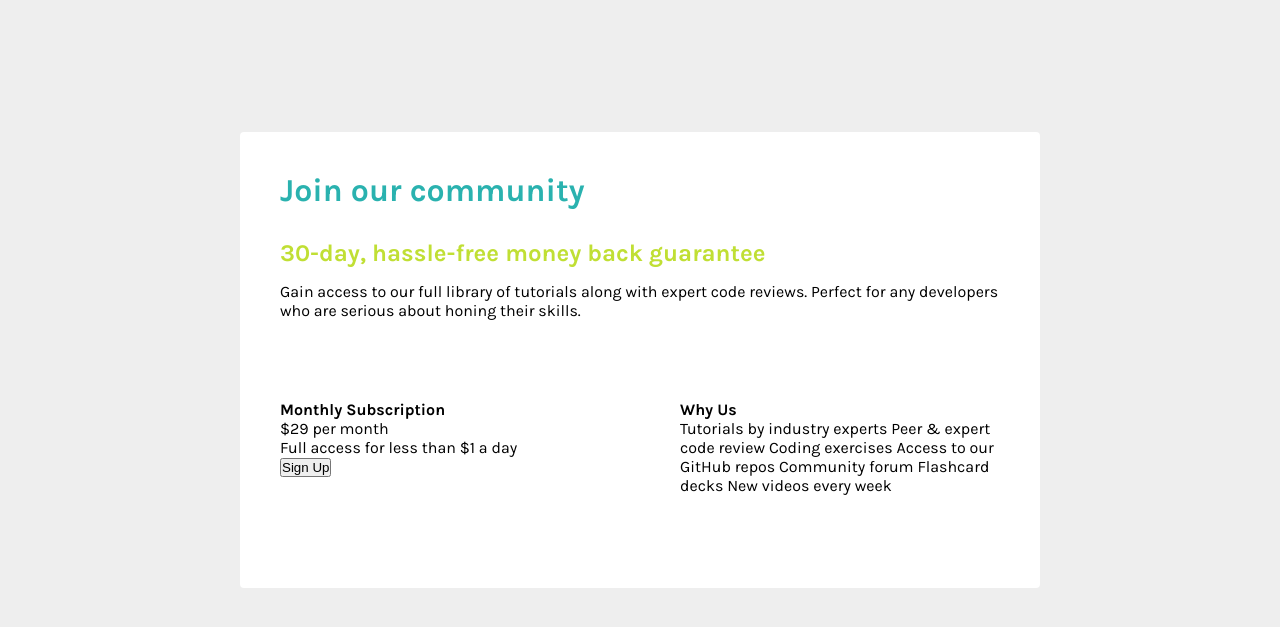
Repository: Akashiii1/WebSingleGrid_Day3
Page: index.html
An editor plug-in stored every save of this project. The page is shown before and after the next save, followed by the edit.
The browser window is 1280 px wide. The pictures show the whole page.

Above is the page before, as saved 2021-12-22 01:04:02.

After the next save:
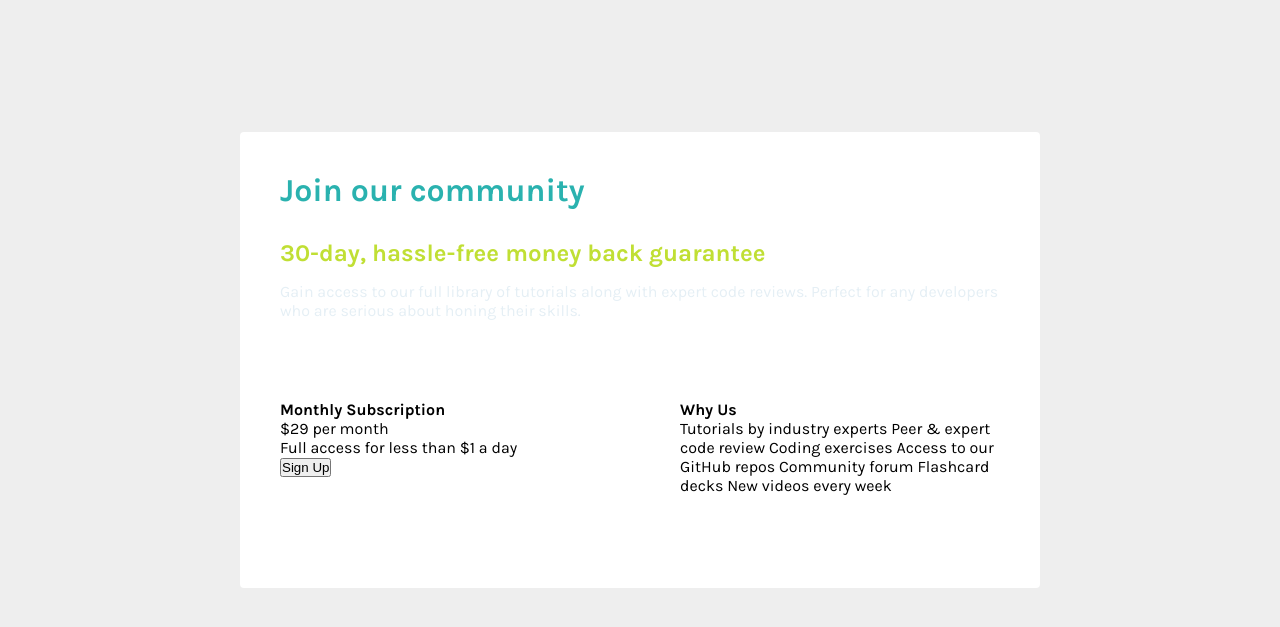
Saved 16 s later.
--- a/style.css
+++ b/style.css
@@ -80,3 +80,6 @@ body{
   font-size: 24px;
   margin-bottom: 15px;
 }
+.item1 p{
+  color: var(--LightGray);
+}
